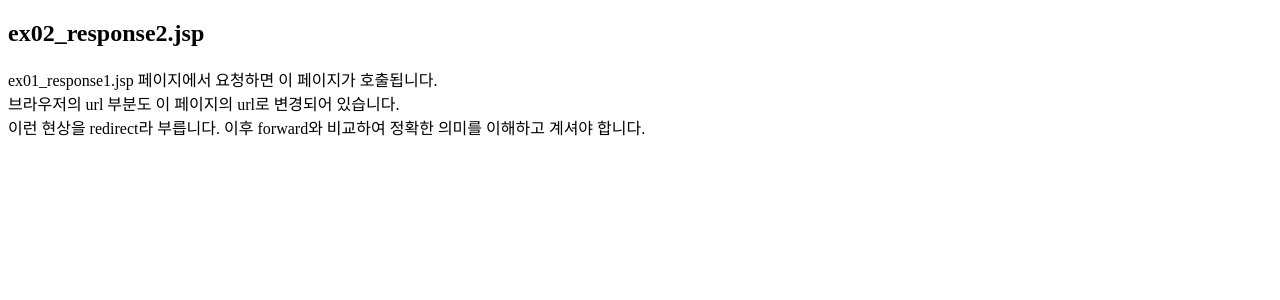
Repository: WONDongin/GoodeeAcademy_JAVA
Page: http://localhost/jspStudy/ex05_response/ex02_response2.jsp
These files come from the project's save history. The page is drawn as it stood at one moment and after the next save; the edit follows.
The browser window is 1280 px wide. The pictures show the whole page.
The page is served by Tomcat 9.

Above is the page before, as saved 2025-04-02 02:23:27.

### jsp_study/jspStudy/src/main/webapp/ex05_response/ex02_response2.jsp
<%@ page language="java" contentType="text/html; charset=UTF-8"
    pageEncoding="UTF-8"%>
<!DOCTYPE html>
<html>
<head>
<meta charset="UTF-8">
	<title>response 예제</title>
	</head>
	<body>
		<h2>ex02_response2.jsp</h2>
		ex01_response1.jsp 페이지에서 요청하면 이 페이지가 호출됩니다. <br/>
		브라우저의 url 부분도 이 페이지의 url로 변경되어 있습니다. <br/>
		이런 현상을 redirect라 부릅니다. 이후 forward와 비교하여 정확한 의미를 이해하고 계셔야 합니다.<br/>

	</body>
</html>

After the next save:
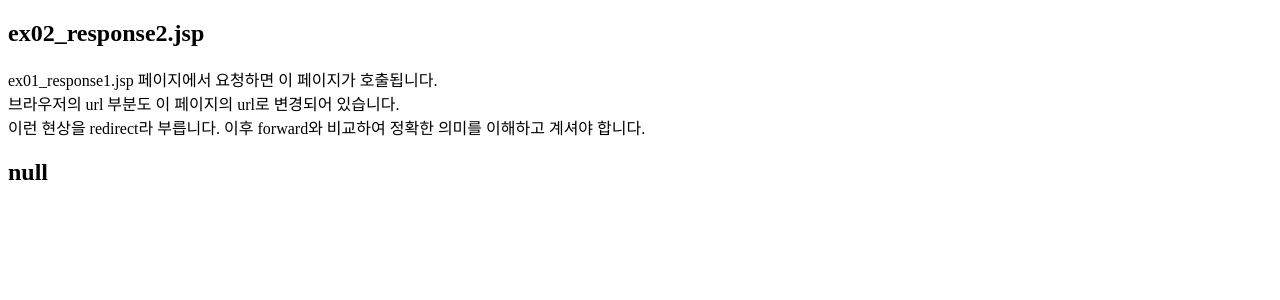
Saved 35 s later.
--- a/jsp_study/jspStudy/src/main/webapp/ex05_response/ex02_response2.jsp
+++ b/jsp_study/jspStudy/src/main/webapp/ex05_response/ex02_response2.jsp
@@ -11,6 +11,6 @@
 		ex01_response1.jsp 페이지에서 요청하면 이 페이지가 호출됩니다. <br/>
 		브라우저의 url 부분도 이 페이지의 url로 변경되어 있습니다. <br/>
 		이런 현상을 redirect라 부릅니다. 이후 forward와 비교하여 정확한 의미를 이해하고 계셔야 합니다.<br/>
-
+		<h2><%= request.getParameter("id") %></h2>
 	</body>
 </html>
